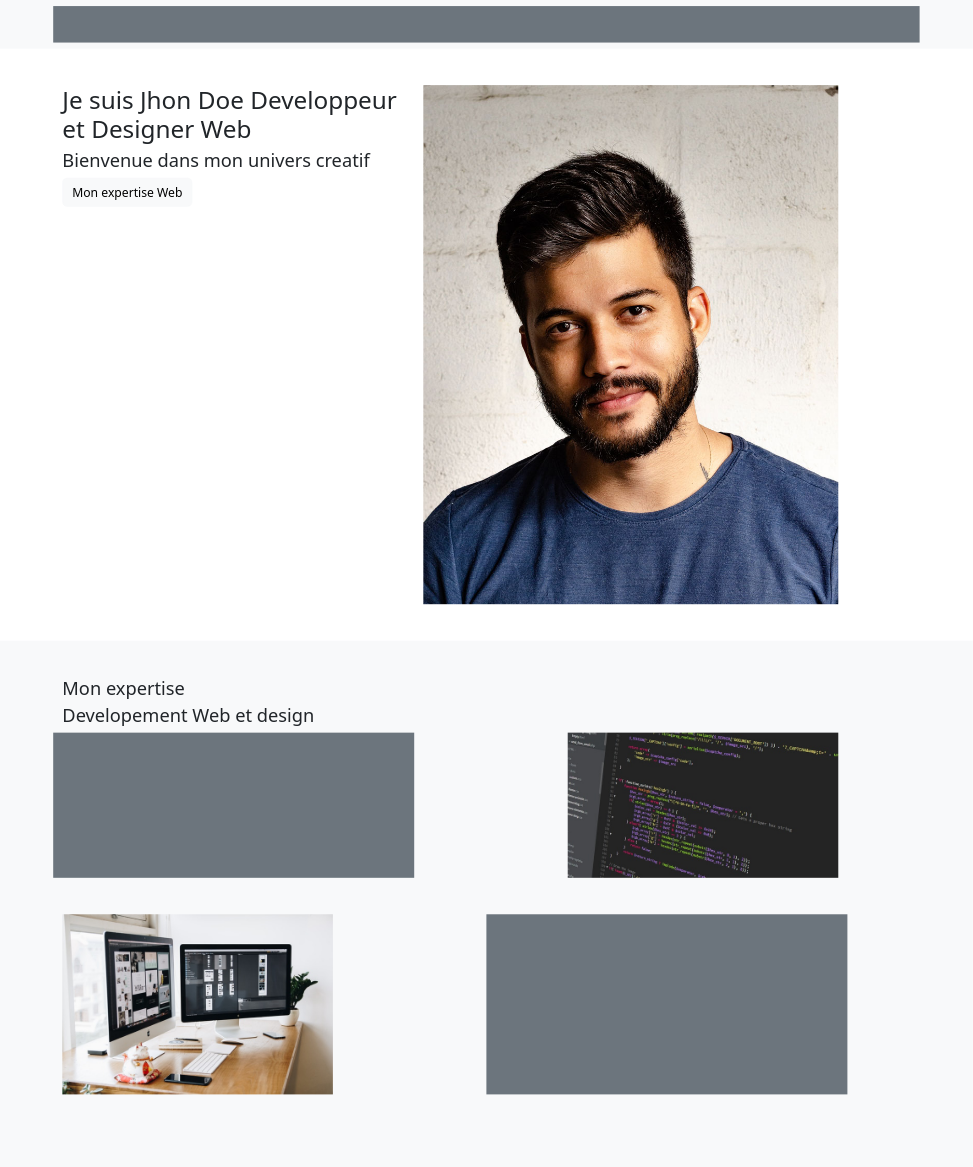
Repository: wadelfadill/Bootstrap_tache_1_portfolio
Page: index.html
An editor plug-in stored every save of this project. The page is shown before and after the next save, followed by the edit.
The browser window is 1280 px wide. The pictures show the whole page, at 76% of full size.

Above is the page before, as saved 2023-03-27 12:36:55.

After the next save:
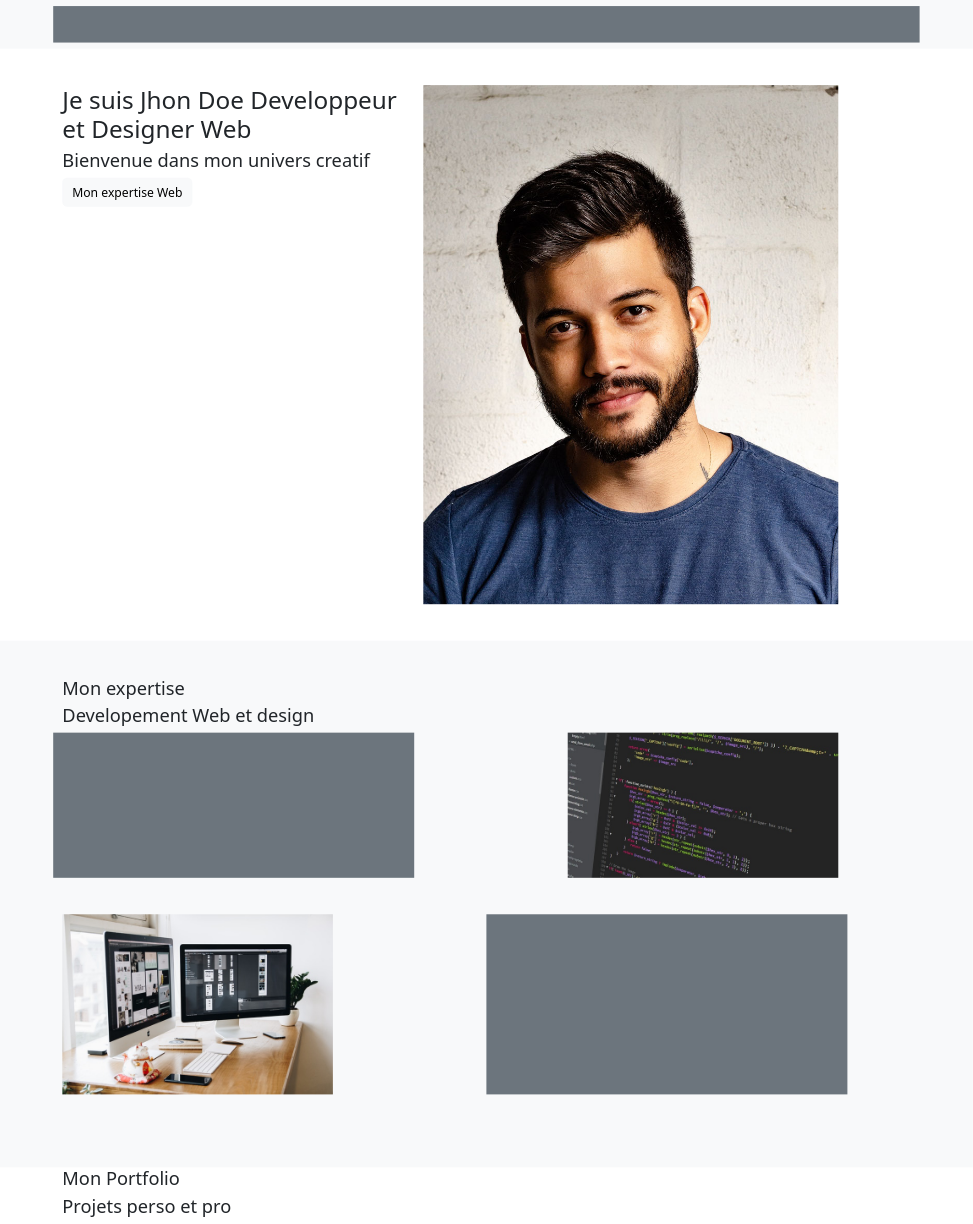
Saved 104 s later.
--- a/index.html
+++ b/index.html
@@ -57,7 +57,12 @@
                 </div>
              </div>
         </section>
-        <section></section>
+        <section>
+            <div class="container">
+                <p class="h4">Mon Portfolio</p>
+                <p class="h4">Projets perso et pro</p>
+            </div>
+        </section>
         <section></section>
     </main>
 
